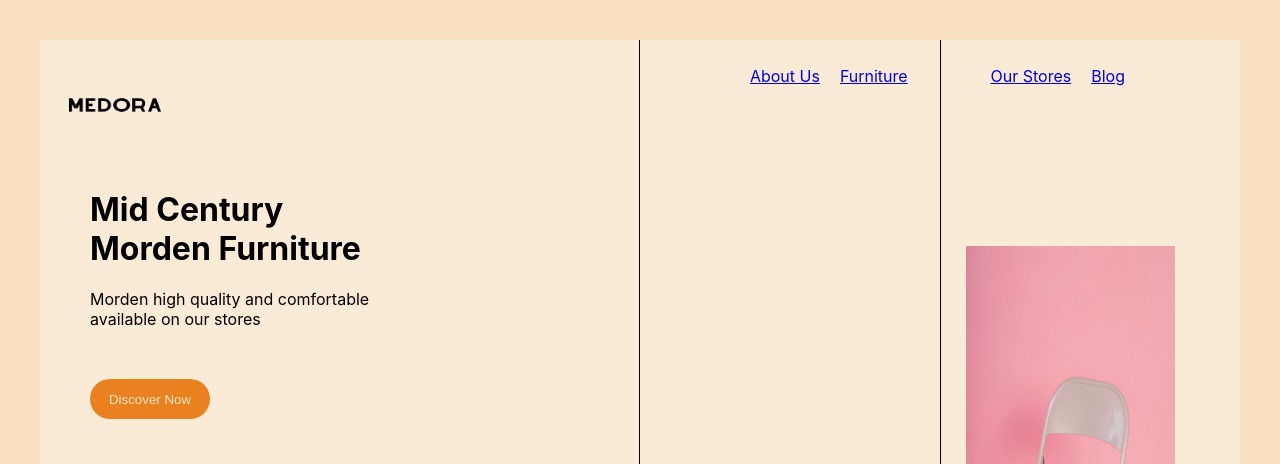
Repository: SbuKhoza/medora
Page: /
The author's editor kept a copy of each file at every save. The page is drawn from the files as they stood at one save, then again after the next save.
The browser window is 1280 px wide. The pictures show the part of the page from y = 0 to 464 px (the page is 1010 px tall).
Pictures or frames that could not be fetched are drawn as grey boxes. The project was rebuilt for these pictures with package versions that can differ from the ones it lists, and the page was loaded fresh each time.

Above is the page before, as saved 2024-07-12 08:41:21.

### src/App.js
import './App.css';

function App() {
  return (

   <div className='container'>


    <div className='leftcont'>

    <div className='left'>

    <img src='logo.png' alt='logo' className='logo' width={100} height={80}></img>

    </div>

    <div className='left1'>
      <div className='mid'>
        <h1 className='midtext'>Mid Century <br></br>Morden Furniture</h1>
        </div>

        <div className='morden'>
        <p>Morden high quality and comfortable <br></br>available on our stores</p>
        </div>

        <div className='btn'>
        <button id='button'>Discover Now</button>
        </div>

      </div>

    <div className='left2'>
      <div className='scroll'>
        <p className='mscroll'>Scroll down</p>
        <img src='mouse.png' alt='mouse'></img>

      </div>

      <div className='chair1'>

        <img src='Chaiir1.jpg' alt='chair' className='chaiir1'></img>

      </div>

      </div>

    </div>
    <div className='centercont'>
    <div className='center'>
      <div className='uul'>
      <ul>
      <li><a href='about'>About Us</a></li>
      <li><a href='furniture'>Furniture</a></li>

      </ul>
      </div>
    </div>

    <div className='cent1'>

    </div>

    <div className='chair2'>
    <img src='Chair2.jpg' alt='chair' className='chaiir1'></img>

    </div>

    </div>

    <div className='rightcont'>
    <div className='right'>

    <ul>
      <li><a href='store'>Our Stores</a></li>
      <li><a href='blog'>Blog</a></li>


      </ul>
    </div>

    <div className='chair3'>
    <img src='Chair3.jpg' alt='chair' className='chaiir1'></img>

    </div>

    </div>

  </div>
  );
}

export default App;

### src/App.css
body {
  background-color: rgb(248, 224, 192);
}

.container {
  display: flex;
  height: 100vh;
  margin: 40px;
  background-color: antiquewhite;

}

.top {
  width: 100%;
  height: 100px;
  background-color: black;
}

.leftcont {
  display: flex;
  flex-direction: column;
  height: 100vh;
  width: 50%;
  border-right: 0.5px solid;

}

.left {
  display: flex;
  width: 80%;
  height:100px;

}

.left1 {
  width: 100%;
  height: 50%;

}

.left2 {
  align-items: end;
  justify-content: end;
  display: flex;
  width: 100%;
  height: 50%;

}

.centercont {

  display: flex;
  flex-direction: column;
  align-items: end;
  height: 100vh;
  width: 25%;
  border-right: 0.5px solid;
  border-color: ;

}

.center {

  display: flex;
  width: 80%;
  height:100px;

}

.rightcont {

  display: flex;
  flex-direction: column;
  height: 100vh;
  width: 25%;

}

.right {

  display: flex;
  width: 100%;
  height:100px;

}

.logo {
  margin: 25px;
}

.mid {
  margin-left: 50px;
  margin-top: 50px;
}

.morden {
 margin-left: 50px;
}

.btn {
  margin: 50px;
}

#button {
  width: 120px;
  height: 40px;
  border-radius: 20px;
  background-color: rgb(233, 129, 31);
  border: 0;
  color: bisque;
}

.scroll {
  display: flex;
  justify-content: center;
  align-items: center;
  position: relative;

  width: 100%;
  height: 400px;


}

.chair1 {
  display: flex;
  width: 50%;
  height: 100%;
  position: relative;
  /* padding-left: 200px; */
   top: 45px;

}

.chair2 {
  position: relative;
  top: 250px;
  width: 70%;
  height: 100%;
}

.cent1 {
  height: 130px;

}

.chair3 {
  margin-top: 40%;
  margin-left: 25px;
  width: 70%;
  height: 600px;

}

.chair1 img {
  max-width: 100%;
  max-height: 100%;
  display: block;
}

.chair2 img {
  max-width: 100%;
  max-height: 100%;
  display: block;
}

.chair3 img {
  max-width: 100%;
  max-height: 100%;
  display: block;
}

.scroll img {

  max-width: 50%;
  max-height: 50%;
  display: block;
}

ul {
  display: flex;
  flex-direction:row;
  justify-content:space-between;
  list-style: none;
  position: relative;
}

ul li{
  padding: 10px;

}

.chaiir1 {
  width: 300px;
  height: 500px;
}

Loaded but not shown: public/index.html (common file); src/index.js (common file); src/index.css (common file); src/reportWebVitals.js (common file)

After the next save:
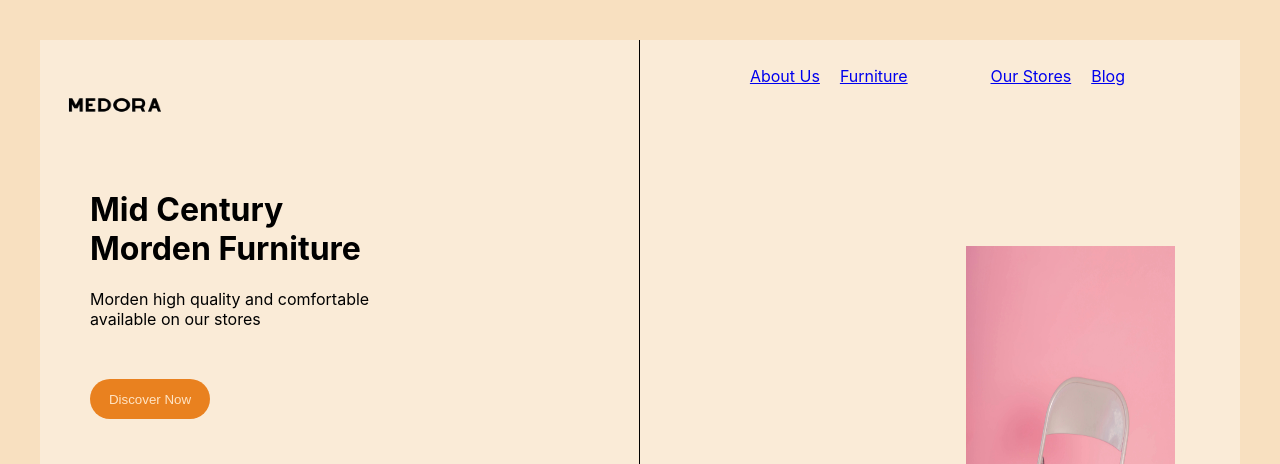
Saved 9 s later.
--- a/src/App.css
+++ b/src/App.css
@@ -55,7 +55,7 @@ body {
   height: 100vh;
   width: 25%;
   border-right: 0.5px solid;
-  border-color: ;
+  border-color: antiquewhite;
 
 }
 
